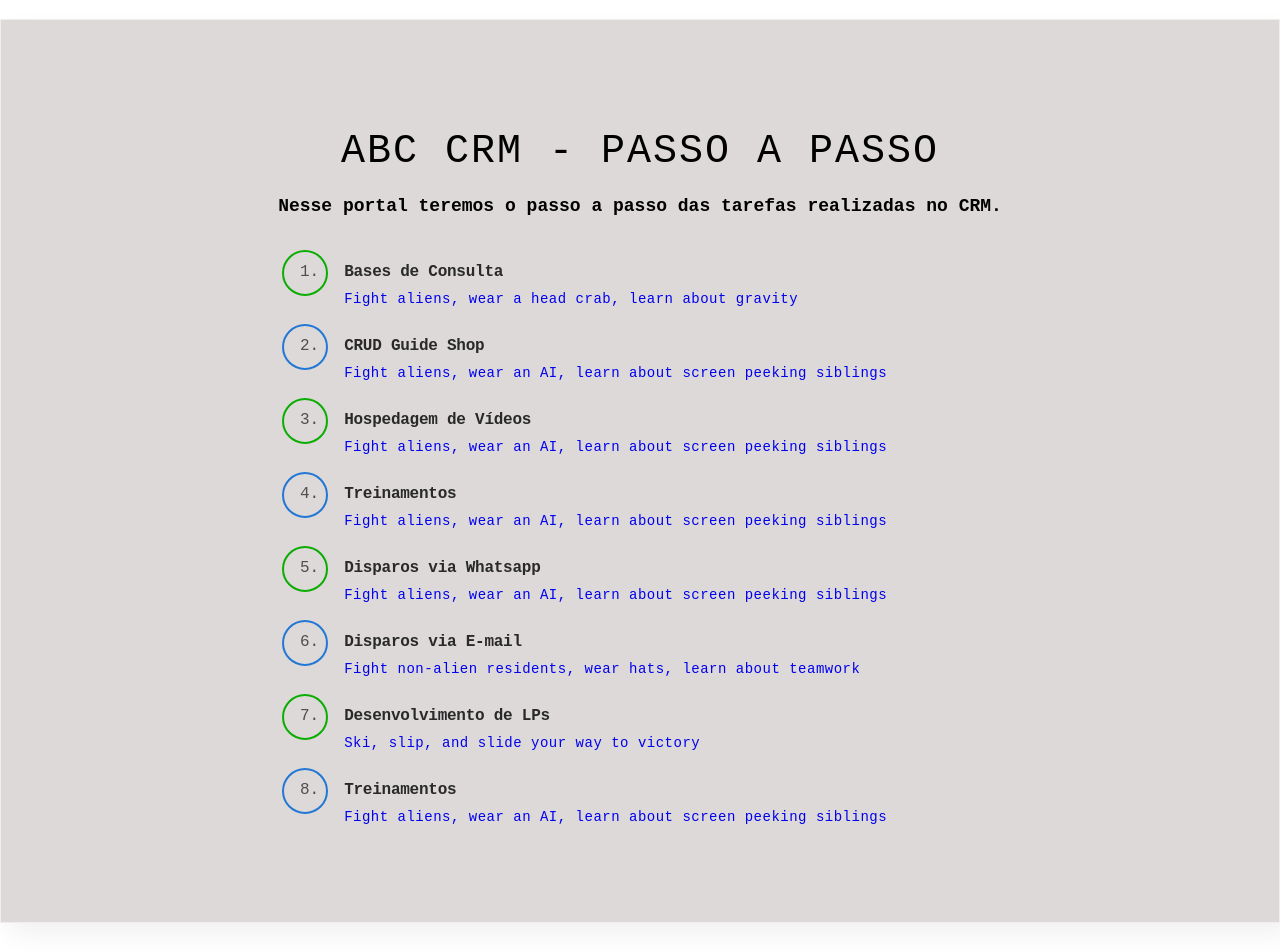
Repository: douglasabnovato/apresentacao
Page: index.html
The author's editor kept a copy of each file at every save. The page is drawn from the files as they stood at one save, then again after the next save.
The browser window is 1280 px wide. The pictures show the part of the page from y = 761 to 1713 px (the page is 5742 px tall before and 5758 px after).

Above is the page before, as saved 2025-01-14 15:46:08.

### index.html
<!DOCTYPE html>
<html lang="pt-br">
  <head>
    <meta charset="UTF-8" />
    <meta name="viewport" content="width=device-width, initial-scale=1.0" />
    <link rel="stylesheet" href="./style.css" />
    <link rel="shortcut icon" href="./public/logo.png" type="image/x-icon">
    <title>Apresentação</title>
  </head>
  <body>
    <section id="presentation">
      <div class="presentation container">
        <div>
          <h1>Olá,<span></span></h1>
          <h1>meu nome é<span></span></h1>
          <h1>Douglas<span></span></h1>
          <a href="#description" type="button" class="cta">ABC CRM - Passo a Passo</a>
        </div>
      </div>
    </section>
    <section id="description">
      <div class="description">
        <div class="description header">
          <h1 class="section-title"><span>ABC CRM - Passo a Passo</span></h1>
          <h2>Nesse portal teremos o passo a passo das tarefas realizadas no CRM.</h2>
          <ol class="alternating-colors">
              <li>
                <a href="#project-1">
                  <strong>Bases de Consulta</strong>
                  <p>Fight aliens, wear a head crab, learn about gravity</p>
                </a>
              </li>
              <li>
                <a href="#project-2">
                  <strong>CRUD Guide Shop</strong>
                  <p>Fight aliens, wear an AI, learn about screen peeking siblings</p>
                </a>
              </li>
            <li>
              <a href="#project-3">
                <strong>Hospedagem de Vídeos</strong>
                <p>Fight aliens, wear an AI, learn about screen peeking siblings</p>
              </a>
            </li>
            <li><a href="#project-4">
              <strong>Treinamentos</strong>
              <p>Fight aliens, wear an AI, learn about screen peeking siblings</p>
            </a></li>
            <li><a href="#project-5">
              <strong>Disparos via Whatsapp</strong>
              <p>Fight aliens, wear an AI, learn about screen peeking siblings</p>
            </a></li>
            <li><a href="#project-6">
              <strong>Disparos via E-mail</strong>
              <p>Fight non-alien residents, wear hats, learn about teamwork</p>
            </a></li>
            <li><a href="#project-7">
              <strong>Desenvolvimento de LPs</strong>
              <p>Ski, slip, and slide your way to victory</p>
            </a></li>
            <li><a href="#project-8">
              <strong>Treinamentos</strong>
              <p>Fight aliens, wear an AI, learn about screen peeking siblings</p>
            </a></li>
          </ol>
        </div>
      </div>
    </section>
    <section id="portfolio">
      <div class="portfolio container">

        <div id="project-1" class="all-projects">
          <div class="portfolio header">
            <h2 class="section-title"><span>BASES de Consulta</span></h1>
            <h2>Bases de dados exportadas do Business Inteligence.</h2>
          </div>
          <div class="project-item">
            <div class="project-info">
              <h1>Franqueados ABC</h1>
              <h2>CONTATOS LOJAS</h2>
              <p>
                consultor de bolso: tel consultor e tel franqueado
              </p>
              <p>
                contato para clientes: tel franquia
              </p>
              <p>
                Local do arquivo: \Relatórios BI - BI - Bases CRM\BI - Monitoramento Ações CRM BASE GUIDE SHOP
              </p>
            </div>
            <div class="project-img">
              <img src="./assets/img-1.png" alt="img" />
            </div>
          </div>
          <div class="project-item">
            <div class="project-info">
              <h1>Projeto 2</h1>
              <h2>Codar é vida</h2>
              <p>
                Lorem ipsum dolor sit amet, consectetur adipiscing elit. Donec
                nec eros leo. Vestibulum aliquam vel libero eget porttitor. Nunc
                nisl nunc, suscipit quis quam ut, congue fermentum ipsum. In
                consectetur, leo a accumsan eleifend, tortor leo eleifend nunc,
                sed pulvinar neque urna vitae dui.
              </p>
            </div>
            <div class="project-img">
              <img src="./assets/img-1.png" alt="img" />
            </div>
          </div>
          <div class="project-item">
            <div class="project-info">
              <h1>Projeto 3</h1>
              <h2>Codar é amor</h2>
              <p>
                Lorem ipsum dolor sit amet, consectetur adipiscing elit. Donec
                nec eros leo. Vestibulum aliquam vel libero eget porttitor. Nunc
                nisl nunc, suscipit quis quam ut, congue fermentum ipsum. In
                consectetur, leo a accumsan eleifend, tortor leo eleifend nunc,
                sed pulvinar neque urna vitae dui.
              </p>
            </div>
            <div class="project-img">
              <img src="./assets/img-1.png" alt="img" />
            </div>
          </div>
          <div class="project-item">
            <div class="project-info">
              <h1>Projeto 4</h1>
              <h2>Codar é gostoso demais</h2>
              <p>
                Lorem ipsum dolor sit amet, consectetur adipiscing elit. Donec
                nec eros leo. Vestibulum aliquam vel libero eget porttitor. Nunc
                nisl nunc, suscipit quis quam ut, congue fermentum ipsum. In
                consectetur, leo a accumsan eleifend, tortor leo eleifend nunc,
                sed pulvinar neque urna vitae dui.
              </p>
            </div>
            <div class="project-img">
              <img src="./assets/img-1.png" alt="img" />
            </div>
          </div>
        </div>

        <div id="project-2" class="all-projects">
          <div class="portfolio header">
            <h2 class="section-title"><span>Disparos via Whatsapp</span></h1>
            <h2>Campanhas </h2>
          </div>
          <div class="project-item">
            <div class="project-info">
              <h1>ABC</h1>
              <h2>Codar é daora</h2>
              <p>
                Lorem ipsum dolor sit amet, consectetur adipiscing elit. Donec
                nec eros leo. Vestibulum aliquam vel libero eget porttitor. Nunc
                nisl nunc, suscipit quis quam ut, congue fermentum ipsum. In
                consectetur, leo a accumsan eleifend, tortor leo eleifend nunc,
                sed pulvinar neque urna vitae dui.
              </p>
            </div>
            <div class="project-img">
              <img src="./assets/img-1.png" alt="img" />
            </div>
          </div>
          <div class="project-item">
            <div class="project-info">
              <h1>Projeto 2</h1>
              <h2>Codar é vida</h2>
              <p>
                Lorem ipsum dolor sit amet, consectetur adipiscing elit. Donec
                nec eros leo. Vestibulum aliquam vel libero eget porttitor. Nunc
                nisl nunc, suscipit quis quam ut, congue fermentum ipsum. In
                consectetur, leo a accumsan eleifend, tortor leo eleifend nunc,
                sed pulvinar neque urna vitae dui.
              </p>
            </div>
            <div class="project-img">
              <img src="./assets/img-1.png" alt="img" />
            </div>
          </div>
          <div class="project-item">
            <div class="project-info">
              <h1>Projeto 3</h1>
              <h2>Codar é amor</h2>
              <p>
                Lorem ipsum dolor sit amet, consectetur adipiscing elit. Donec
                nec eros leo. Vestibulum aliquam vel libero eget porttitor. Nunc
                nisl nunc, suscipit quis quam ut, congue fermentum ipsum. In
                consectetur, leo a accumsan eleifend, tortor leo eleifend nunc,
                sed pulvinar neque urna vitae dui.
              </p>
            </div>
            <div class="project-img">
              <img src="./assets/img-1.png" alt="img" />
            </div>
          </div>
          <div class="project-item">
            <div class="project-info">
              <h1>Projeto 4</h1>
              <h2>Codar é gostoso demais</h2>
              <p>
                Lorem ipsum dolor sit amet, consectetur adipiscing elit. Donec
                nec eros leo. Vestibulum aliquam vel libero eget porttitor. Nunc
                nisl nunc, suscipit quis quam ut, congue fermentum ipsum. In
                consectetur, leo a accumsan eleifend, tortor leo eleifend nunc,
                sed pulvinar neque urna vitae dui.
              </p>
            </div>
            <div class="project-img">
              <img src="./assets/img-1.png" alt="img" />
            </div>
          </div>
        </div>
      </div>

    </section>
  </body>
</html>

### style.css
@import url("https://fonts.googleapis.com/css2?family=Poppins:ital,wght@0,400;0,700;1,200;1,500&display=swap");

* {
  padding: 0;
  margin: 0;
  box-sizing: border-box;
}

html {
  font-size: 10px;
  font-family: "Poppins", "Times New Roman", Times, serif;
  scroll-behavior: smooth;
}

a {
  text-decoration: none;
}

img {
  height: 100%;
  width: 100%;
  object-fit: cover;
}

p {
  font-size: 1.4rem;
  margin-top: 5px;
  line-height: 2.5rem;
  font-weight: 200;
  letter-spacing: 0.05rem;
}

.container {
  min-height: 100vh;
  width: 100%;
  display: flex;
  align-items: center;
  justify-content: center;
}

.section-title {
  font-size: 4rem;
  font-weight: 500;
  color: black;
  margin-bottom: 10px;
  margin-top: 5px;
  text-transform: uppercase;
  letter-spacing: 0.2rem;
  text-align: center;
}

#presentation {
  background-image: url(./assets/multi-go-ap-goiania.jpeg);
  background-size: cover;
  background-position: center center;
  position: relative;
  z-index: 1;
  opacity: 0.75;
}

#presentation h1 {
  display: block;
  width: fit-content;
  font-size: 5rem;
  position: relative;
  color: transparent;
  animation: text_reveal 0.5s ease forwards;
  animation-delay: 1.5s;
}

#presentation h1:nth-child(1) {
  animation-delay: 0.8s;
}

#presentation h1:nth-child(2) {
  animation-delay: 1.8s;
}

#presentation h1:nth-child(3) {
  animation: text_reveal_name 0.5s ease forwards;
  animation-delay: 2.8s;
}

#presentation .cta {
  display: inline-block;
  padding: 10px 30px;
  color: gold;
  background-color: transparent;
  border: 2px solid gold;
  font-size: 2rem;
  text-transform: uppercase;
  letter-spacing: 0.1rem;
  margin-top: 20px;
  transition: 0.5s ease;
  transition-property: background-color, color;
}

#presentation .cta:hover {
  color: white;
  font-weight: 500;
  background-color: gold;
}

#presentation h1 span {
  position: absolute;
  top: 0;
  left: 0;
  height: 100%;
  width: 0%;
  animation: text_reveal_box 1s ease;
  animation-delay: 0.5s;
  background-color: gold;
}

#presentation h1:nth-child(1) span {
  animation-delay: 0.5s;
}

#presentation h1:nth-child(2) span {
  animation-delay: 1.5s;
}

#presentation h1:nth-child(3) span {
  animation-delay: 2.5s;
}

#presentation::after {
  content: "";
  position: absolute;
  left: 0;
  top: 0;
  height: 100%;
  width: 100%;
  background-color: black;
  opacity: 0.5;
  z-index: -1;
}

#description {
  display: flex;
  align-items: center;
  justify-content: center;
  min-height: 100vh;
  max-width: 100%;
  width: 100%;
  padding: 32px;
  margin: 60px auto;
  background-color: #ddd9d8;
  font-family: "Space Mono", monospace;
  border: 1px solid #eee;
  box-shadow: 10px 12px 24px rgba(0, 0, 0, 0.06);
}

#description .description {
  flex-direction: column;
  max-width: 1200px;
  margin: 0 auto;
  padding: 30px 0;
}

#description .description h1 {
  padding: 12px;
}

#description .description h2 {
  padding-bottom: 22px;
  font-size: 18px;
}

#description ol {
  padding-left: 50px;

  -webkit-font-smoothing: antialiased;
  -moz-osx-font-smoothing: grayscale;
  text-rendering: optimizelegibility;
  letter-spacing: -0.25px;
}

#description li {
  color: #4f4f4f;
  padding-left: 16px;
  margin-top: 24px;
  position: relative;
  font-size: 16px;
  line-height: 20px;
}

#description li:before {
  content: "";
  display: block;
  height: 42px;
  width: 42px;
  border-radius: 50%;
  border: 2px solid #ddd;
  position: absolute;
  top: -12px;
  left: -46px;
}

#description strong {
  color: #292929;
}

#description ol.alternating-colors li:nth-child(odd):before {
  border-color: #0bad02;
}
#description ol.alternating-colors li:nth-child(even):before {
  border-color: #2378d5;
}

#portfolio .portfolio {
  flex-direction: column;
  max-width: 1200px;
  margin: 0 auto;
  padding: 100px 0;
}

#portfolio .portfolio header h1 {
  margin-bottom: 50px;
}

#portfolio .all-projects {
  display: flex;
  align-items: center;
  justify-content: center;
  flex-direction: column;
}

#portfolio .project-item {
  display: flex;
  align-items: center;
  justify-content: center;
  flex-direction: column;
  width: 80%;
  margin: 20px auto;
  overflow: hidden;
  border-radius: 10px;
}

#portfolio .project-info {
  padding: 30px;
  flex-basis: 50%;
  height: 100%;
  display: flex;
  align-items: flex-start;
  justify-content: center;
  flex-direction: column;
  background-image: linear-gradient(60deg, #5a10b5 0%, #002349 100%);
  color: white;
}

#portfolio .project-info h1 {
  font-size: 4rem;
  font-weight: 500;
}

#portfolio .project-info h2 {
  font-size: 1.8rem;
  font-weight: 500;
  margin-top: 10px;
}

#portfolio .project-img {
  flex-basis: 50%;
  height: 300px;
  overflow: hidden;
  position: relative;
}

#portfolio .project-img:after {
  content: "";
  position: absolute;
  left: 0;
  top: 0;
  height: 100%;
  width: 100%;
  background-image: linear-gradient(60deg, #29323c 0%, #485563 100%);
  opacity: 0.7;
}

#portfolio .project-img img {
  transition: 0.5s ease transform;
}

#portfolio .project-item:hover .project-img img {
  transform: scale(1.1);
}

@keyframes text_reveal {
  100% {
    color: white;
  }
}

@keyframes text_reveal_name {
  100% {
    color: gold;
    font-weight: 500px;
  }
}

@keyframes text_reveal_box {
  50% {
    width: 100%;
    left: 0;
  }

  100% {
    width: 0;
    left: 100%;
  }
}

@media only screen and (min-width: 768px) {
  #portfolio .project-item {
    flex-direction: row;
    height: 400px;
    margin: 0;
    width: 100%;
    border-radius: 0;
  }

  #portfolio .all-projects .project-info {
    height: 100%;
  }

  #portfolio .all-projects .project-img {
    height: 100%;
  }

  #portfolio .project-item:nth-child(even) {
    flex-direction: row-reverse;
  }
}

After the next save:
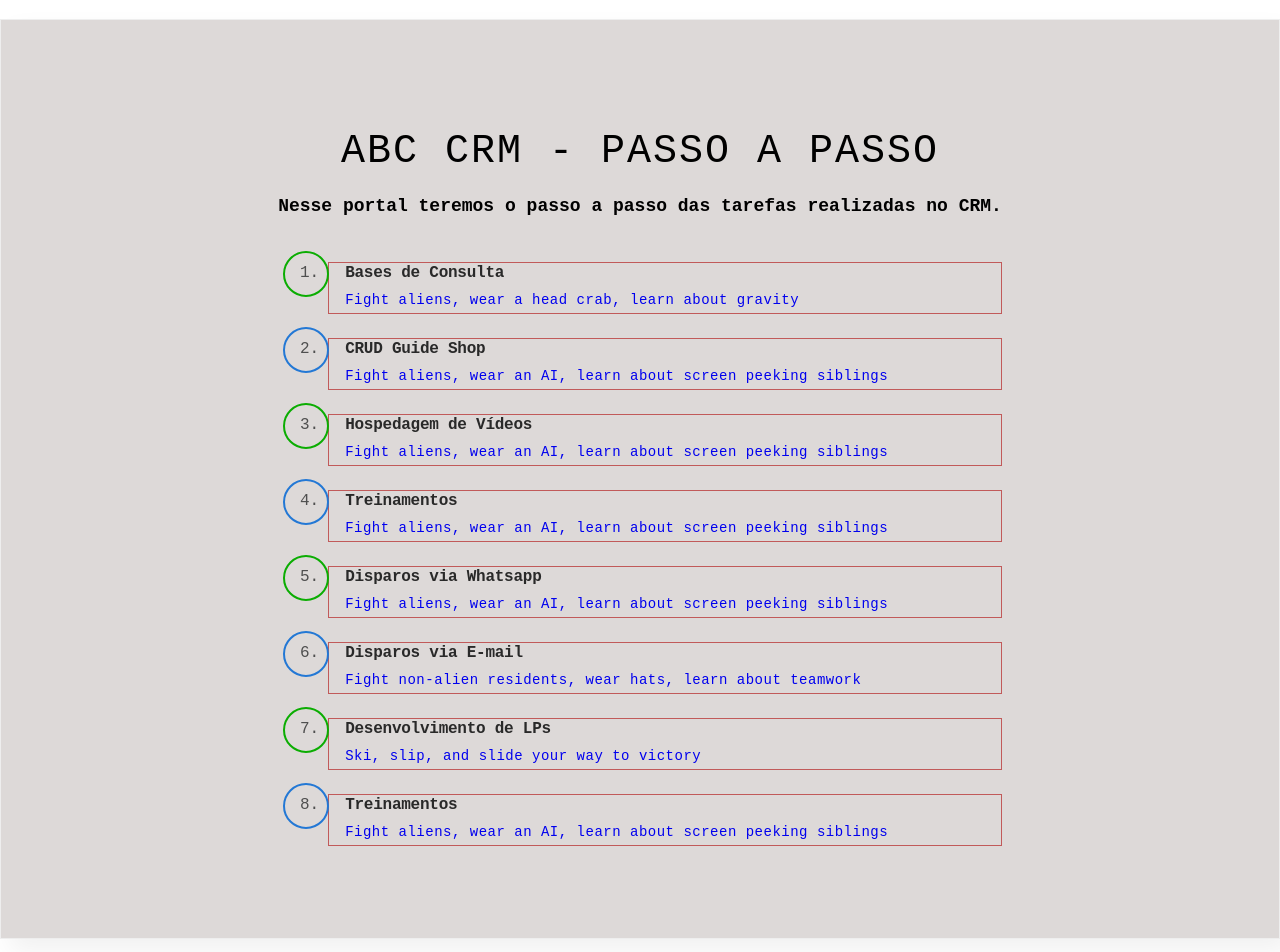
Saved 99 s later.
--- a/style.css
+++ b/style.css
@@ -183,6 +183,7 @@
   position: relative;
   font-size: 16px;
   line-height: 20px;
+  border: 1px rgb(193, 90, 90) solid;
 }
 
 #description li:before {

After the save that followed:
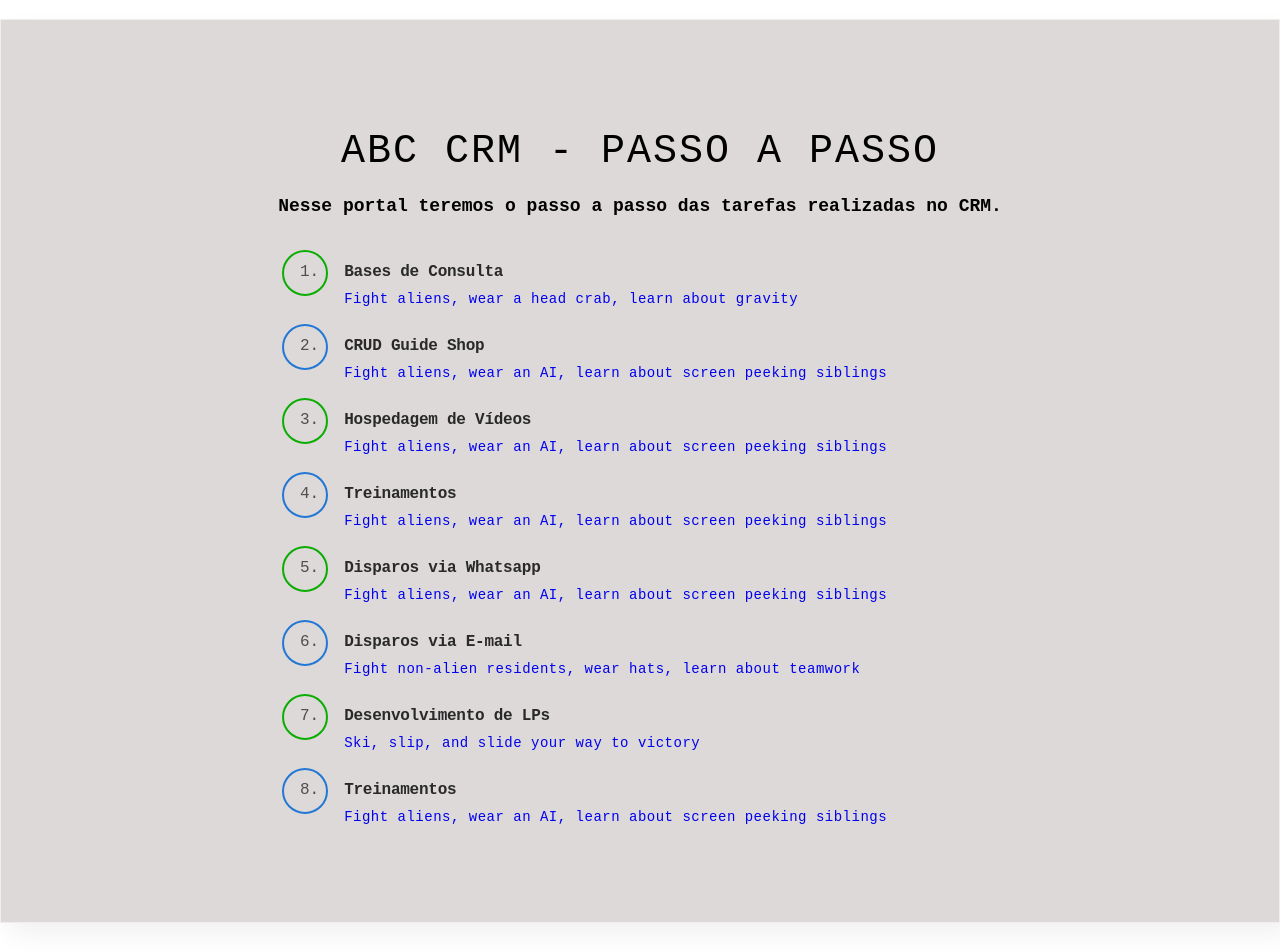
Saved 20 s later.
--- a/style.css
+++ b/style.css
@@ -183,7 +183,6 @@
   position: relative;
   font-size: 16px;
   line-height: 20px;
-  border: 1px rgb(193, 90, 90) solid;
 }
 
 #description li:before {
